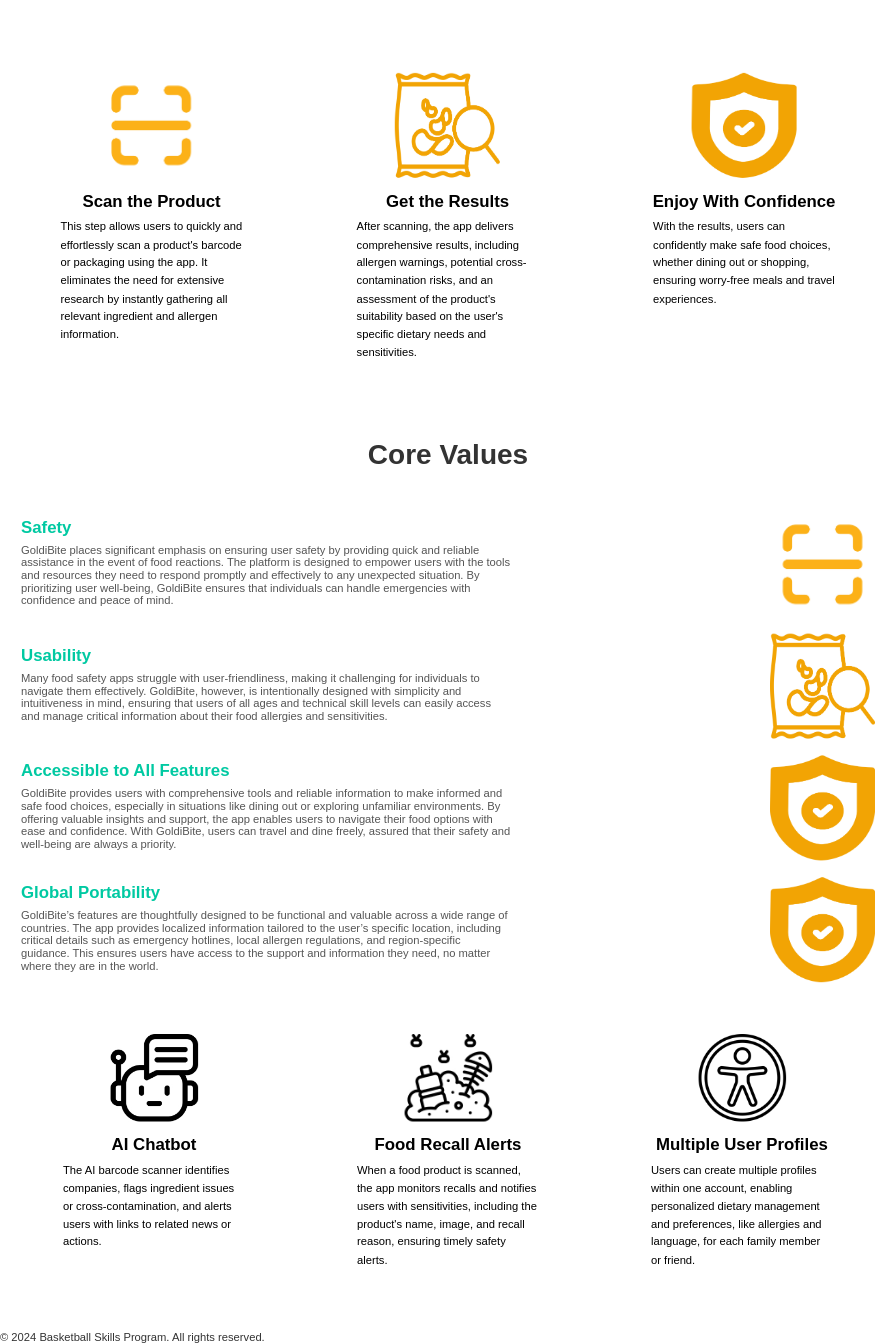
Repository: GavinPahal/landingpage
Page: /
An editor plug-in stored every save of this project. The page is shown before and after the next save, followed by the edit.
The browser window is 1280 px wide. The pictures show the part of the page from y = 933 to 2853 px (the page is 2853 px tall), at 70% of full size.
The project was rebuilt for these pictures with package versions that can differ from the ones it lists, and the page was loaded fresh each time. The framework's server and built-in components were replaced by stand-ins that run in the browser. Also part of the build but not shown: next.config.mjs.

Above is the page before, as saved 2024-11-28 19:01:19.

### pages/_app.js
// pages/_app.js
import "@/styles/globals.css"; // Import the global CSS file

function MyApp({ Component, pageProps }) {
  return <Component {...pageProps} />;
}

export default MyApp;

### pages/index.js
// pages/index.js
import Hero from "../components/Hero";
import Features from "../components/Features";
import Footer from "../components/Footer";
import Product from "../components/Product"
import Value from "../components/Value"

export default function Home() {
  return (
    <div>
      <Hero />
      <Features />
      <Value />
      <Product />
      <Footer />
    </div>
  );
}

### styles/globals.css
/* Global Styles */
* {
  margin: 0;
  padding: 0;
  box-sizing: border-box;
}

body {
  font-family: Arial, sans-serif;
  color: #333;
  overflow-x: hidden; /* Prevent horizontal overflow */
}

/* Hero Section */
.hero {
  display: flex; /* Use flexbox to align elements */
  position: relative;
  height: 100vh;
  width: 100%; /* Ensure the hero section spans the full width */
  background-color: #2d2d2d; /* Dark background to contrast with the image */
}

.imageWrapper {
  position: relative;
  width: 100%; /* Left side takes full width */
  height: 100%;
}

.imageContainer {
  position: absolute;
  top: 0;
  left: 0;
  width: 100%;
  height: 100%;
  filter: blur(8px); /* Add blur effect to the image */
  object-fit: cover;
}

.overlay {
  position: absolute;
  top: 0;
  left: 0;
  width: 100%;
  height: 100%;
  background: rgba(0, 0, 0, 0.6); /* Dark overlay to ensure text stands out */
  color: white;
  display: flex;
  flex-direction: column;
  justify-content: center;
  align-items: flex-start;
  padding: 60px 40px; /* Increased padding for more space */
  text-align: left;
}

.heroTitle {
  display: flex;
  align-items: center; /* Align logo and title horizontally */
  margin-bottom: 40px; /* Space between title and the rest of the content */
  position: relative; /* Allow positioning adjustments */
  top: -80px; /* Move the logo and title even higher */
}

.heroTitle img {
  margin-right: 20px; /* Add space between logo and title */
}

.heroTitle h1 {
  font-size: 2rem; /* Bigger font for app name */
  font-weight: bold;
  color: #ffffff; /* Bright color to stand out */
  text-transform: uppercase;
}

.tagline {
  font-size: 5rem; /* Make "BEST NATURE APP" 5rem */
  font-weight: bold;
  margin-bottom: 0; /* Remove extra space between the lines */
  color: #ffffff; /* Striking color */
  text-shadow: 3px 3px 5px rgba(0, 0, 0, 0.8); /* Enhanced text visibility */
  line-height: 1.1; /* Adjust line-height to decrease space between lines */
  letter-spacing: 1.5px;
  display: block;
  max-width: 100%; /* Ensure text doesn't overflow */
}

.bestNature {
  display: block;
  font-size: 3rem; /* Adjust to smaller font size for the first part */
}

.appEver {
  display: block;
  margin-top: 0;
  font-size: 3rem;
}

.subTagline {
  font-size: 1.2rem;
  margin-top: 20px;
  margin-bottom: 40px;
  line-height: 1.6;
  max-width: 650px;
  color: white;
  letter-spacing: 0.5px;
  text-align: left;
}

.demoText {
  display: block;
  font-size: 1.4rem;
  font-weight: bold;
}

.natureText {
  display: block;
  font-size: 1.2rem;
  margin-top: 10px;
  font-style: italic;
  letter-spacing: 0.3px;
}

/* CTA Button */
.ctaButton {
  background-color: #00C9A2;
  color: #ffffff;
  padding: 15px 40px;
  font-size: 1.4rem;
  border: none;
  border-radius: 50px;
  text-align: center;
  margin-top: 60px;
  cursor: pointer;
  transition: background-color 0.3s, transform 0.3s;
  text-decoration: none;
}

.ctaButton:hover {
  background-color: #035343;
}

.ctaButton:focus {
  outline: none;
}

.rightImageWrapper {
  position: absolute;
  left: 62%;
  bottom: 20px;
  width: 400px;
  height: auto;
  z-index: 2;
  margin-top: 100px;
}

.rightImageContainer {
  position: relative;
  width: 100%;
  height: 100%;
}

.rightImageContainer img {
  width: 100%;
  height: auto;
  border-radius: 8px;
  object-fit: cover;
}

.features {
  padding: 50px 20px;
  text-align: center;
}
.features h2 {
  font-size: 2.5rem;
  font-weight: bold;
  color: #ffffff;
  margin-bottom: 30px;
  text-transform: uppercase;
  letter-spacing: 1px;
}

.infoCards {
  display: flex;
  flex-wrap: wrap;
  justify-content: space-around;
  gap: 30px;
  margin-bottom: 40px;
}

.card {
  text-align: center;
  margin: 0 auto; /* Ensure cards are centered */
}

.card:first-child { /* Target the first feature card */
  max-width: 400px; /* Restrict width for a cleaner layout */
  margin: 20px auto; /* Center the card horizontally and add spacing */
}

.card:first-child p {
  text-align: left; /* Center-align the text for the first card */
  max-width: 280x; /* Ensure text does not overflow the card */
  margin: 0 auto;
}

.card img {
  margin-bottom: 15px;
}

.card h3 {
  font-size: 1.5rem;
  font-weight: 600;
  color: #000000;
  margin-bottom: 10px;
}

.card p {
  font-size: 1rem;
  line-height: 1.6;
  color: #000000;
  max-width: 260px;
  margin: 0 auto;
  text-align: left;
}

.text1 {
  font-size: 1rem;
  line-height: 1.6;
  color: #000000;
  max-width: 250px;
  margin: 0 auto;
  text-align: left;
}

.text2 {
  font-size: 1rem;
  line-height: 1.6;
  color: #000000;
  max-width: 250px;
  margin: 0 auto;
  text-align: left;
}

.missionStatement {
  text-align: center; /* Center the text */
  margin-bottom: 110px; /* Add some spacing below the mission statement */
  border-radius: 8px; /* Rounded corners */
  padding-left: 30px;
}

.missionStatement h1 {
  font-size: 3rem;
  font-weight: bold;
  color: #333;
  margin-bottom: 10px;
  font-weight: bold;
  padding-right: 40px;
}

.missionStatement p {
  font-size: 1.2rem;
  line-height: 1.6;
  color: #555;
  max-width: 710px;
  margin: 0 auto;
  text-align: left;
}


.coreValues {
  display: flex;
  flex-direction: column;
  gap: 30px;
  padding: 20px;
}

.coreMission {
  text-align: center;
  margin-bottom: 30px;
}

.coreMission h1 {
  font-size: 2.5rem;
  font-weight: bold;
}

.valueCards {
  display: flex;
  flex-direction: column;
  gap: 20px;
}

.valueCard {
  display: flex;
  justify-content: space-between;
  align-items: center;
}

.textContent {
  flex: 1;
}

.textContent h3 {
  color: #00C9A2;
  font-size: 1.5rem;
  margin-bottom: 10px;
}

.textContent p {
  max-width: 700px;
  font-size: 1rem;
  margin-bottom: 10px;
  color: #555;
}

.imageContent {
  margin-left: 20px;
}

.imageContent img {
  width: 150px;
  height: 150px;
}



@media (max-width: 1024px) {
  .hero {
    flex-direction: column; /* Stack elements vertically on smaller screens */
  }

  .overlay {
    padding: 40px 20px; /* Reduced padding for smaller screens */
    text-align: center; /* Center-align text on smaller screens */
  }

  .heroTitle {
    margin-bottom: 20px; /* Reduce space between the title and the tagline */
    top: 0; /* Reset top positioning for better alignment */
  }

  .tagline {
    font-size: 3rem; /* Decrease font size on smaller screens */
  }

  .bestNature, .appEver {
    font-size: 2.5rem; /* Smaller font size for better readability */
  }

  .subTagline {
    font-size: 1rem; /* Adjust subtagline font size for smaller screens */
    max-width: 100%; /* Allow full-width display */
    padding: 0 20px; /* Add padding to the sides */
  }

  .rightImageWrapper {
    left: 50%; /* Center the image on smaller screens */
    bottom: 10px;
    width: 300px; /* Reduce image size */
    margin-top: 60px;
  }
}

/* CTA Button Adjustments */
@media (max-width: 768px) {
  .ctaButton {
    padding: 12px 30px; /* Reduced padding for better proportion on small screens */
    font-size: 1.2rem; /* Smaller font size */
    width: 90%; /* Allow the button to take up more space on smaller screens */
    margin-top: 40px; /* Reduced top margin */
  }
}

/* Feature Section Adjustments */
@media (max-width: 768px) {
  .features {
    padding: 30px 20px; /* Reduce padding */
  }

  .features h2 {
    font-size: 2rem; /* Smaller font size for headings */
  }

  .infoCards {
    flex-direction: column; /* Stack cards vertically */
    align-items: center;
    gap: 20px; /* Reduced gap between cards */
  }

  .card {
    max-width: 90%; /* Ensure cards take full width on smaller screens */
    margin: 10px auto; /* Center the cards */
  }

  .card h3 {
    font-size: 1.2rem; /* Decrease font size */
  }

  .card p {
    font-size: 0.9rem; /* Smaller text for better readability */
  }
}

/* Final Adjustments */
@media (max-width: 480px) {
  .hero {
    height: auto; /* Allow the hero section to adjust to content */
  }

  .overlay {
    padding: 20px; /* Even smaller padding */
    text-align: center;
  }

  .tagline {
    font-size: 2.5rem; /* Further decrease tagline size */
  }

  .ctaButton {
    padding: 10px 20px; /* Smaller padding for mobile screens */
    font-size: 1rem; /* Reduce font size */
  }

  .features h2 {
    font-size: 1.6rem; /* Adjust feature section heading */
  }

  .card {
    max-width: 100%; /* Ensure the cards take full width */
  }

  .text1, .text2 {
    font-size: 0.9rem; /* Adjust text sizes for smaller screens */
  }
}

### components/Hero.js
import Image from "next/image";

export default function Hero() {
  return (
    <section className="hero">
      <div className="imageWrapper">
        <div className="imageContainer">
          <Image
            src="/images/grocey.jpg"
            alt="Nature Image"
            layout="fill"
            objectFit="cover"
          />
        </div>
        <div className="overlay">
          <div className="heroTitle">
            <Image
              src="/images/logo.webp"
              alt="Goldibite Logo"
              width={50}
              height={50}
            />
            <h1>Goldibite</h1>
          </div>
          <p className="tagline">
            <span className="bestNature">YOUR BUDDY FOR</span>
            <span className="appEver">FOOD SAFETY</span>
          </p>
          <p className="subTagline">
            <span className="demoText">Get a demo and try our new app.</span>
            <span className="natureText">
            The Right Bite, Every Time
            </span>
          </p>
          <a href="#demo" className="ctaButton">
            TRY DEMO
          </a>
        </div>
      </div>


      <div className="rightImageWrapper">
        <div className="rightImageContainer">
          <Image
            src="/images/phone.png"
            alt="New Image"
            layout="intrinsic"
            width={500}
            height={500}
          />
        </div>
      </div>
    </section>
  );
}

### components/Features.js
import Image from "next/image";

export default function Features() {
  return (
    <section className="features">
      {/* Mission Statement Section */}
      <div className="missionStatement">
        <h1>Mission Statement</h1>
        <p>
          Our mission is to empower travelers with food allergies and sensitivities by providing a user-friendly, globally accessible app that ensures safety, confidence, and convenience when navigating food choices in unfamiliar environments.
        </p>
      </div>

      {/* Features Cards Section */}
      <div className="infoCards">
        <div className="card" style={{ margin: "0 10px" }}>
          <Image
            src="/images/iconamoon_scanner (1).jpg"
            alt="Feature 1"
            width={150}
            height={150}
          />
          <h3>Scan the Product</h3>
          <p>
            This step allows users to quickly and effortlessly scan a product's barcode or packaging using the app.
            It eliminates the need for extensive research by instantly gathering all relevant ingredient and allergen information.
          </p>
        </div>
        <div className="card" style={{ margin: "0 10px" }}>
          <Image
            src="/images/magnifying.jpg"
            alt="Feature 2"
            width={150}
            height={150}
          />
          <h3>Get the Results</h3>
          <p>
            After scanning, the app delivers comprehensive results, including allergen warnings, potential cross-contamination risks,
            and an assessment of the product's suitability based on the user's specific dietary needs and sensitivities.
          </p>
        </div>
        <div className="card" style={{ margin: "0 10px" }}>
          <Image
            src="/images/Confident.jpg"
            alt="Feature 3"
            width={150}
            height={150}
          />
          <h3>Enjoy With Confidence</h3>
          <p>
            With the results, users can confidently make safe food choices, whether dining out or shopping,
            ensuring worry-free meals and travel experiences.
          </p>
        </div>
      </div>
    </section>
  );
}

### components/Footer.js
export default function Footer() {
    return (
      <footer className="footer">
        <p>&copy; 2024 Basketball Skills Program. All rights reserved.</p>
      </footer>
    );
  }

### components/Product.js
import Image from "next/image";

export default function Features() {
  return (
    <section className="features">
      <div className="infoCards" style={{ gap: "20px" }}>
        <div className="card" style={{ margin: "0 10px" }}>
          <Image
            src="/images/chatbot.jpg"
            alt="Feature 1"
            width={125}
            height={125}
          />
          <h3>AI Chatbot</h3>
          <p>
            The AI barcode scanner identifies companies, flags ingredient
            issues or cross-contamination, and alerts users with links to
            related news or actions.
          </p>
        </div>
        <div className="card" style={{ margin: "0 10px" }}>
          <Image
            src="/images/trash.jpg"
            alt="Feature 2"
            width={125}
            height={125}
          />
          <h3>Food Recall Alerts</h3>
          <p>
            When a food product is scanned, the app monitors recalls and
            notifies users with sensitivities, including the product's name,
            image, and recall reason, ensuring timely safety alerts.
          </p>
        </div>
        <div className="card" style={{ margin: "0 10px" }}>
          <Image
            src="/images/accessibility.png"
            alt="Feature 3"
            width={125}
            height={125}
          />
          <h3>Multiple User Profiles</h3>
          <p>
            Users can create multiple profiles within one account, enabling
            personalized dietary management and preferences,
            like allergies and  language, for each family member or friend.
          </p>
        </div>
      </div>
    </section>
  );
}

### components/Value.js
import Image from "next/image";

export default function Features() {
  return (
    <section className="coreValues">
      <div className="coreMission">
        <h1>Core Values</h1>
      </div>

      <div className="valueCards">
        <div className="valueCard" style={{ margin: "0 10px" }}>
          <div className="textContent">
            <h3>Safety</h3>
            <p>
            GoldiBite places significant emphasis on ensuring user safety by providing quick and reliable assistance in the event of food reactions. The platform is designed to empower users with the tools and resources they need to respond promptly and effectively to any unexpected situation. By prioritizing user well-being,
             GoldiBite ensures that individuals can handle emergencies with confidence and peace of mind.
            </p>
          </div>
          <div className="imageContent">
            <Image
              src="/images/iconamoon_scanner (1).jpg"
              alt="Feature 1"
              width={150}
              height={150}
            />
          </div>
        </div>
        <div className="valueCard" style={{ margin: "0 10px" }}>
          <div className="textContent">
            <h3>Usability</h3>
            <p>
            Many food safety apps struggle with user-friendliness, making it challenging for individuals to navigate them effectively. GoldiBite, however,
             is intentionally designed with simplicity and intuitiveness in mind, ensuring that users of all ages and technical skill levels can easily access and manage critical information about their food allergies and sensitivities.

            </p>
          </div>
          <div className="imageContent">
            <Image
              src="/images/magnifying.jpg"
              alt="Feature 2"
              width={150}
              height={150}
            />
          </div>
        </div>
        <div className="valueCard" style={{ margin: "0 10px" }}>
          <div className="textContent">
            <h3>Accessible to All Features</h3>
            <p>
            GoldiBite provides users with comprehensive tools and reliable information to make informed and safe food choices, especially in situations like dining out or exploring unfamiliar environments. By offering valuable insights and support, the app enables users to navigate their food options with ease and confidence. With GoldiBite, users can travel and dine freely,
             assured that their safety and well-being are always a priority.
            </p>
          </div>
          <div className="imageContent">
            <Image
              src="/images/Confident.jpg"
              alt="Feature 3"
              width={150}
              height={150}
            />
          </div>

        </div>
        <div className="valueCard" style={{ margin: "0 10px" }}>
          <div className="textContent">
            <h3>Global Portability</h3>
            <p>
            GoldiBite’s features are thoughtfully designed to be functional and valuable across a wide range of countries. The app provides localized information tailored to the user’s specific location, including critical details such as emergency hotlines, local allergen regulations, and region-specific guidance. This ensures users have access to the support and information they need,
            no matter where they are in the world.
            </p>
          </div>
          <div className="imageContent">
            <Image
              src="/images/Confident.jpg"
              alt="Feature 3"
              width={150}
              height={150}
            />
          </div>

        </div>
      </div>
    </section>
  );
}

Loaded but not shown: pages/_document.js (common file)

After the next save:
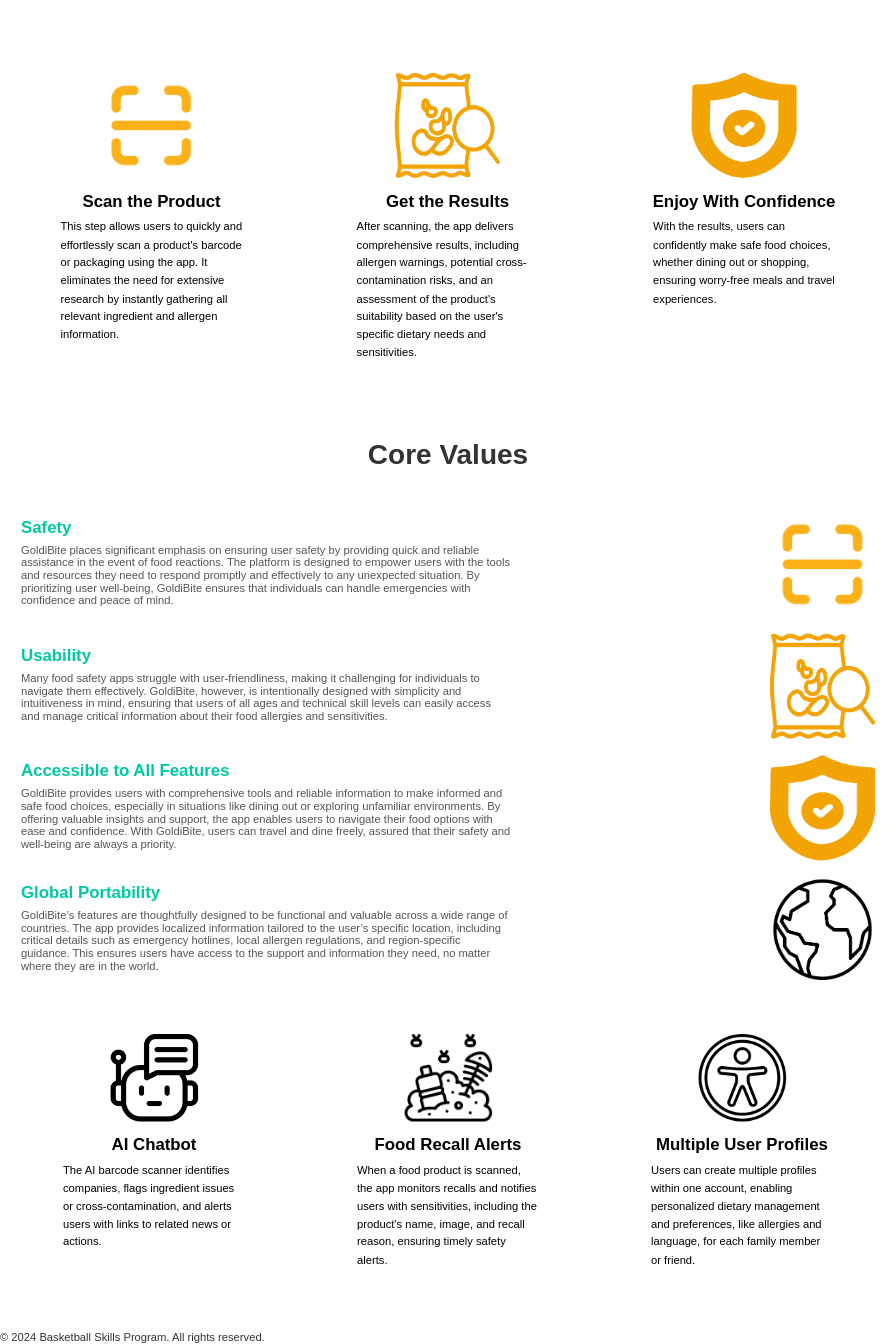
Saved 3 min 38 s later.
--- a/components/Value.js
+++ b/components/Value.js
@@ -71,7 +71,7 @@
           </div>
           <div className="imageContent">
             <Image
-              src="/images/Confident.jpg"
+              src="/images/global.jpg"
               alt="Feature 3"
               width={150}
               height={150}

After the save that followed:
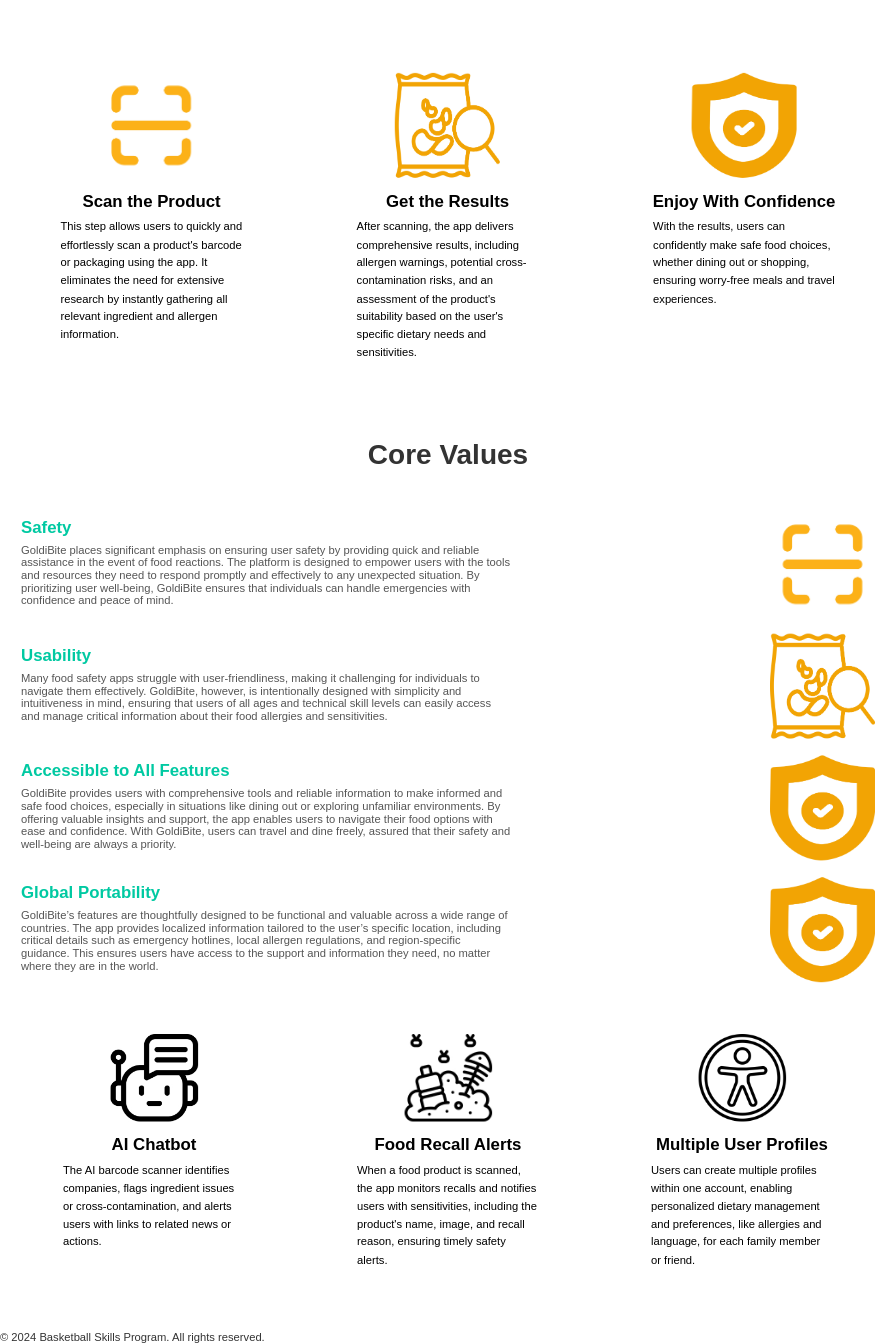
Saved 16 s later.
--- a/components/Value.js
+++ b/components/Value.js
@@ -71,7 +71,7 @@
           </div>
           <div className="imageContent">
             <Image
-              src="/images/global.jpg"
+              src="/images/Confident.jpg"
               alt="Feature 3"
               width={150}
               height={150}
